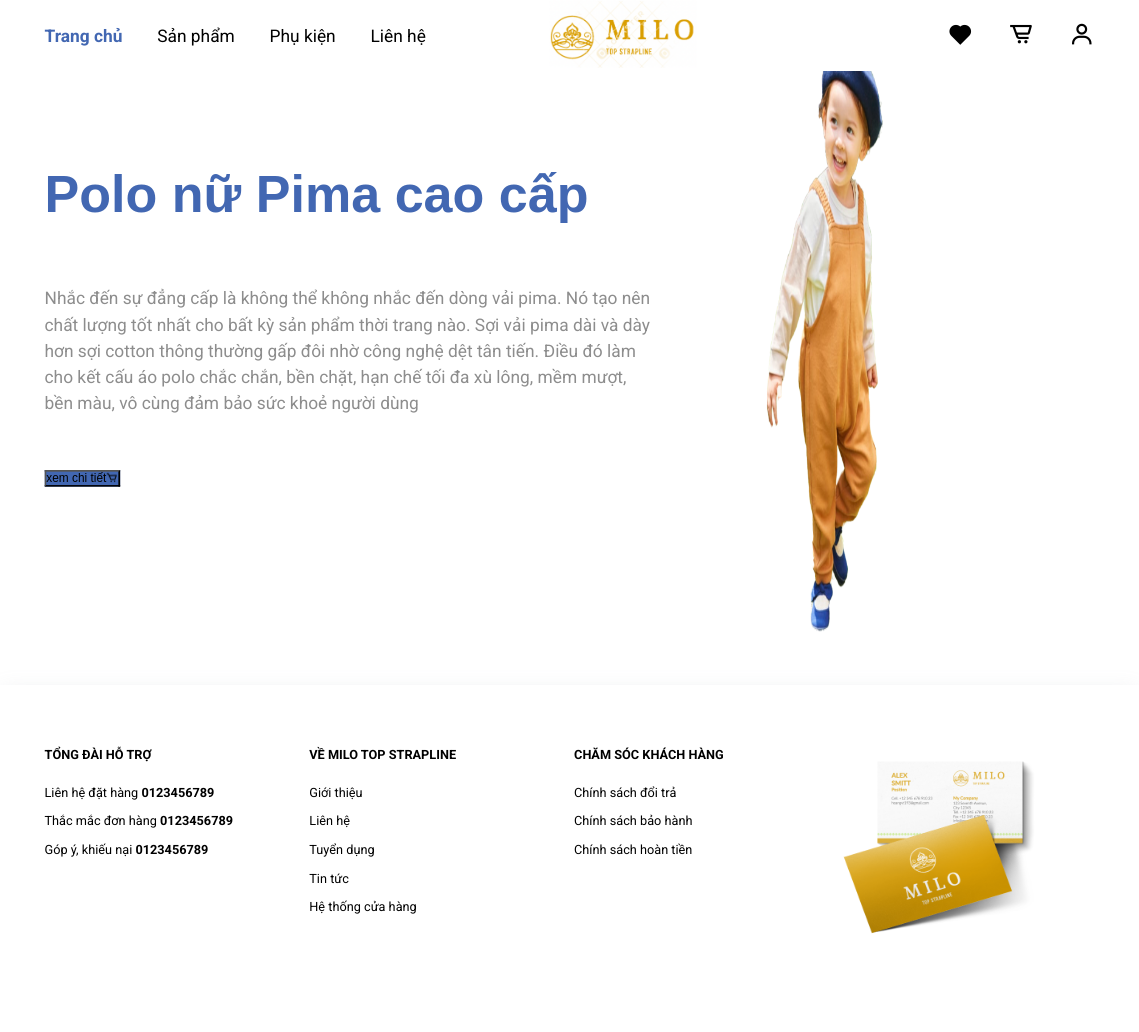
Repository: QuyHoang99k/shop
Page: /
An editor plug-in stored every save of this project. The page is shown before and after the next save, followed by the edit.
The browser window is 1280 px wide. The pictures show the whole page, at 89% of full size.
The project was rebuilt for these pictures with package versions that can differ from the ones it lists, and the page was loaded fresh each time. Also part of the build but not shown: src/pages/Catalog.jsx, src/pages/Cart.jsx, src/pages/Product.jsx.

Above is the page before, as saved 2021-10-16 15:22:58.

After the next save:
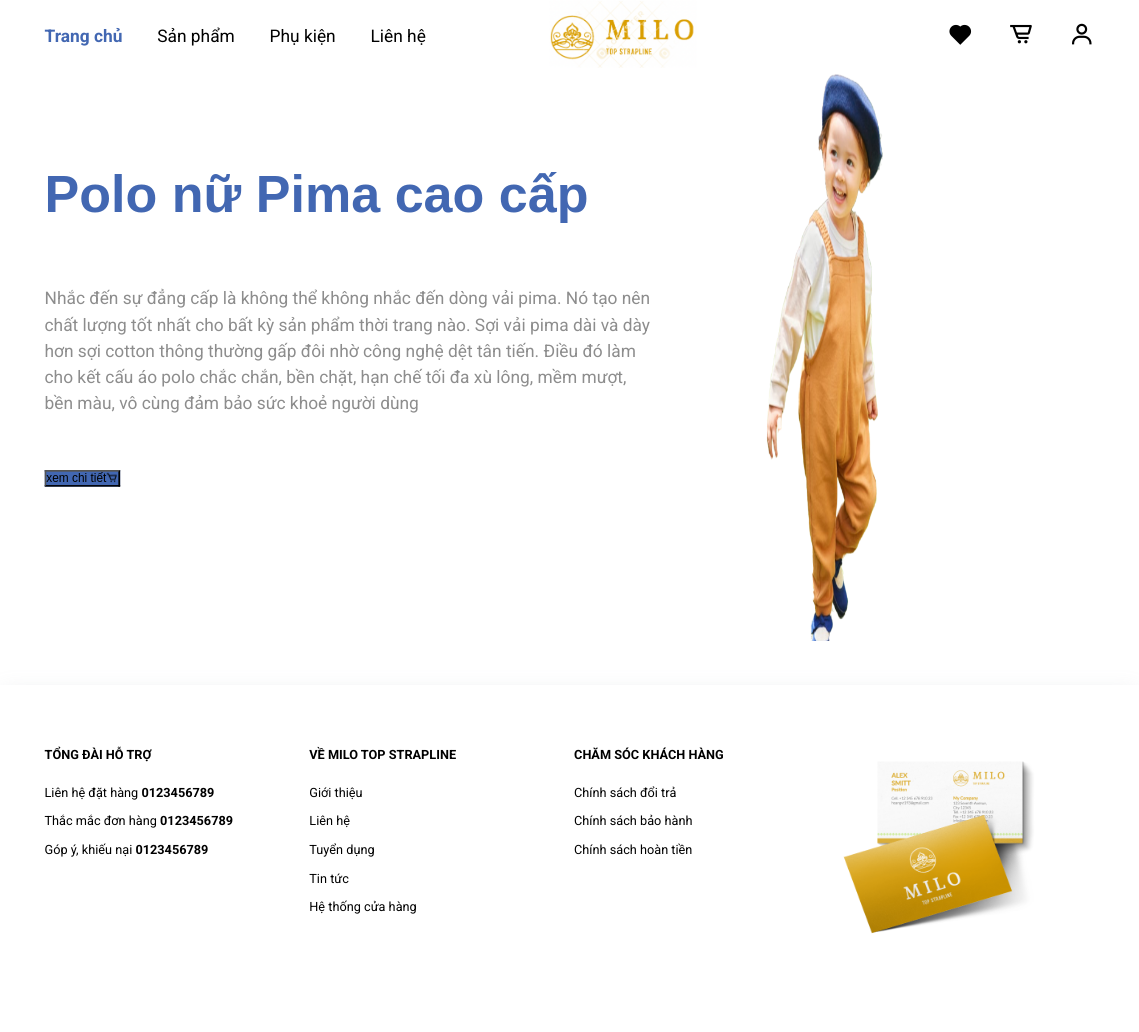
Saved 3 min 36 s later.
--- a/src/sass/components/_hero-slider.scss
+++ b/src/sass/components/_hero-slider.scss
@@ -54,7 +54,7 @@
         &__image{
             flex-grow: 1;
             position: relative;
-            height: 100%;
+            height: 110%;
             z-index: 99;
             pointer-events: none;
             img{
